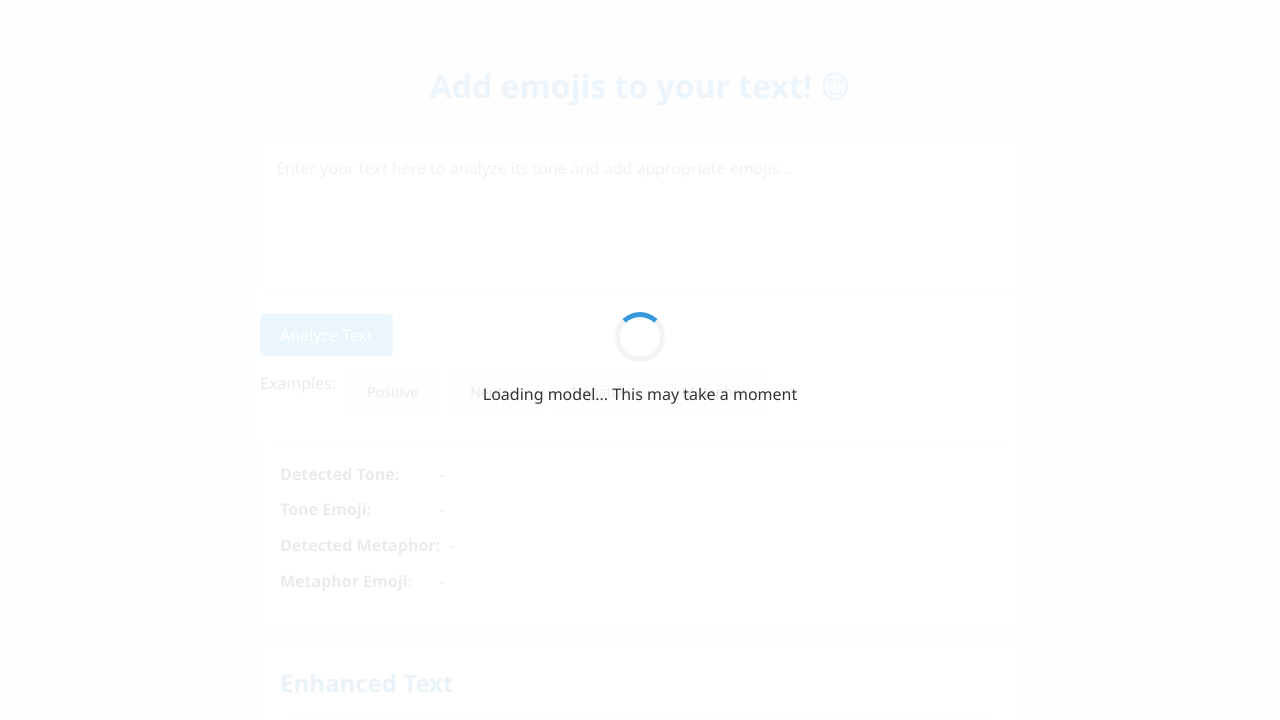
Repository: Teycir/emojiadder
Page: index.html
These files come from the project's save history. The page is drawn as it stood at one moment and after the next save; the edit follows.
The browser window is 1280 px wide. The pictures show the window.
A layer covers the whole window, so only the first screen is drawn.

Above is the page before, as saved 2025-03-23 12:29:37.

### index.html
<!DOCTYPE html>
<html lang="en">

<head>
    <meta charset="UTF-8">
    <meta name="viewport" content="width=device-width, initial-scale=1.0">
    <title>Text Tone Detector</title>
    <link rel="stylesheet" href="styles.css">
</head>

<body>
    <div class="container">

        <h1>Add emojis to your text! 😊</h1>


        <div class="input-section">
            <textarea id="text-input"
                placeholder="Enter your text here to analyze its tone and add appropriate emojis..."></textarea>
            <button id="analyze-btn">Analyze Text</button>
            <div class="examples">
                <p>Examples:</p>
                <button class="example-btn"
                    data-text="I'm so happy with the results! This is amazing.">Positive</button>
                <button class="example-btn" data-text="This is just okay, nothing special.">Neutral</button>
                <button class="example-btn" data-text="I'm really disappointed with this service.">Negative</button>
                <button class="example-btn"
                    data-text="The journey to success is like climbing a mountain.">Metaphor</button>
            </div>
        </div>

        <div class="result-section">
            <div class="result-card">
                <div class="result-item">
                    <div class="label">Detected Tone:</div>
                    <div id="tone-result" class="value">-</div>
                </div>
                <div class="result-item">
                    <div class="label">Tone Emoji:</div>
                    <div id="tone-emoji" class="value">-</div>
                </div>
                <div class="result-item">
                    <div class="label">Detected Metaphor:</div>
                    <div id="metaphor-result" class="value">-</div>
                </div>
                <div class="result-item">
                    <div class="label">Metaphor Emoji:</div>
                    <div id="metaphor-emoji" class="value">-</div>
                </div>
            </div>
            <div class="enhanced-text-card">
                <h2>Enhanced Text</h2>
                <div id="enhanced-text-result">-</div>
            </div>
        </div>

        <div class="loader-container" id="loader">
            <div class="loader"></div>
            <p>Loading model... This may take a moment</p>
        </div>
    </div>

    <!-- Note the type="module" to use ES modules (modules are deferred by default) -->
    <script type="module" src="./script.js"></script>
    <div style="top: 5px; left: 10px; font-size: xx-small; margin: 10px;">
        <a href="https://github.com/Teycir/emojiadder" >
            Code on GitHubRepo.
        </a><br>
        Made by <a href="https://www.teycirbensoltane.tn">Teycir Ben Soltane.</a><br>
        We respect privacy, your text stays in the browser.
    </div>

</body>

</html>

### styles.css
* {
    margin: 0;
    padding: 0;
    box-sizing: border-box;
    font-family: 'Segoe UI', Tahoma, Geneva, Verdana, sans-serif;
}

body {
    background-color: #f5f7fa;
    color: #333;
    line-height: 1.6;
}

.container {
    max-width: 800px;
    margin: 40px auto;
    padding: 20px;
}

h1 {
    text-align: center;
    margin-bottom: 30px;
    color: #3498db;
}

h2 {
    color: #2980b9;
    margin-bottom: 15px;
}

.input-section {
    margin-bottom: 30px;
}

textarea {
    width: 100%;
    height: 150px;
    padding: 15px;
    border: 1px solid #ddd;
    border-radius: 8px;
    resize: none;
    font-size: 16px;
    margin-bottom: 15px;
    transition: border 0.3s;
}

textarea:focus {
    outline: none;
    border-color: #3498db;
}

button {
    background-color: #3498db;
    color: white;
    border: none;
    padding: 10px 20px;
    border-radius: 5px;
    cursor: pointer;
    font-size: 16px;
    transition: background-color 0.3s;
}

button:hover {
    background-color: #2980b9;
}

button:disabled {
    background-color: #95a5a6;
    cursor: not-allowed;
}

.result-section {
    display: flex;
    flex-direction: column;
    gap: 20px;
    margin-bottom: 30px;
}

.result-card, .enhanced-text-card {
    background-color: white;
    border-radius: 8px;
    padding: 20px;
    box-shadow: 0 4px 6px rgba(0, 0, 0, 0.1);
}

.result-item {
    margin-bottom: 10px;
    display: flex;
    align-items: center;
}

.label {
    font-weight: bold;
    margin-right: 10px;
    min-width: 150px;
}

#enhanced-text-result {
    padding: 15px;
    background-color: #f9f9f9;
    border-radius: 5px;
    font-size: 18px;
    min-height: 60px;
    line-height: 1.5;
}

.examples-section {
    margin-top: 30px;
}

.examples {
    display: flex;
    flex-wrap: wrap;
    gap: 10px;
    margin-top: 15px;
}

.example-btn {
    background-color: #f0f0f0;
    color: #333;
    border: 1px solid #ddd;
    font-size: 14px;
}

.example-btn:hover {
    background-color: #e0e0e0;
}

/* Tone colors */
.positive {
    color: #27ae60;
}

.neutral {
    color: #f39c12;
}

.negative {
    color: #e74c3c;
}

/* Loader Styles */
.loader-container {
    position: fixed;
    top: 0;
    left: 0;
    width: 100%;
    height: 100%;
    background-color: rgba(255, 255, 255, 0.9);
    display: flex;
    flex-direction: column;
    justify-content: center;
    align-items: center;
    z-index: 1000;
}

.loader {
    border: 5px solid #f3f3f3;
    border-top: 5px solid #3498db;
    border-radius: 50%;
    width: 50px;
    height: 50px;
    animation: spin 1s linear infinite;
    margin-bottom: 20px;
}

@keyframes spin {
    0% { transform: rotate(0deg); }
    100% { transform: rotate(360deg); }
}

/* Responsive design */
@media (max-width: 600px) {
    .container {
        padding: 15px;
        margin: 20px auto;
    }

    .result-item {
        flex-direction: column;
        align-items: flex-start;
    }

    .label {
        margin-bottom: 5px;
    }

    .examples {
        flex-direction: column;
    }
}

### script.js
import TextToneDetector from './TextToneDetector.js';

// DOM event listeners
document.addEventListener('DOMContentLoaded', () => {
  console.log('DOM content loaded, initializing application');

  // DOM elements
  const textInput = document.getElementById('text-input');
  const analyzeBtn = document.getElementById('analyze-btn');
  const toneResult = document.getElementById('tone-result');
  const toneEmoji = document.getElementById('tone-emoji');
  const metaphorResult = document.getElementById('metaphor-result');
  const metaphorEmoji = document.getElementById('metaphor-emoji');
  const enhancedTextResult = document.getElementById('enhanced-text-result');
  const exampleBtns = document.querySelectorAll('.example-btn');
  const loader = document.getElementById('loader');

  // Disable analyze button until model loads
  analyzeBtn.disabled = true;

  // Make sure the loader is visible
  loader.style.display = 'flex';

  // Create detector instance
  console.log('Creating TextToneDetector instance');
  const toneDetector = new TextToneDetector();

  // Add event listener to limit textarea to 400 lines and alert if exceeded
  textInput.addEventListener('input', function() {
    const lines = this.value.split('\n');
    if (lines.length > 400) {
      alert("400 max lines allowed!");
      this.value = lines.slice(0, 400).join('\n');
    }
  });

  // Analyze text function
  async function analyzeText() {
    const text = textInput.value.trim();

    if (!text) {
      alert('Please enter some text to analyze.');
      return;
    }

    // Show loading indicator
    analyzeBtn.disabled = true;
    analyzeBtn.textContent = 'Analyzing...';

    try {
      const result = await toneDetector.analyze(text);

      // Display results
      toneResult.textContent = result.tone.charAt(0).toUpperCase() + result.tone.slice(1);
      toneResult.className = result.tone;

      toneEmoji.textContent = result.toneEmoji || 'None';

      metaphorResult.textContent = result.metaphor
        ? result.metaphor.charAt(0).toUpperCase() + result.metaphor.slice(1)
        : 'None detected';

      metaphorEmoji.textContent = result.metaphorEmoji || 'None';

      enhancedTextResult.textContent = result.enhancedText;
    } catch (error) {
      console.error('Error in analysis:', error);
      enhancedTextResult.textContent = 'An error occurred during analysis. Please try again.';
    } finally {
      // Reset button
      analyzeBtn.disabled = false;
      analyzeBtn.textContent = 'Analyze Text';
    }
  }

  // Event listeners
  analyzeBtn.addEventListener('click', analyzeText);

  textInput.addEventListener('keydown', function(e) {
    if (e.key === 'Enter' && e.ctrlKey) {
      analyzeText();
    }
  });

  // Example buttons
  exampleBtns.forEach(btn => {
    btn.addEventListener('click', function() {
      const exampleText = this.getAttribute('data-text');
      textInput.value = exampleText;
      analyzeText();
    });
  });

  // Initial instructions
  enhancedTextResult.textContent = 'Enter text and click "Analyze Text" to see the enhanced result with emojis.';
});

### TextToneDetector.js
import SentimentModel from './models/SentimentModel.js';
import MetaphorUtils from './utils/MetaphorUtils.js';
import EmojiUtils from './utils/EmojiUtils.js';

/**
 * Main class for text tone detection
 */
class TextToneDetector {
  constructor() {
    console.log('TextToneDetector constructor called');

    // Initialize components
    this.sentimentModel = new SentimentModel();
    this.metaphorUtils = new MetaphorUtils();
    this.emojiUtils = new EmojiUtils();

    // Model loading status
    this.isModelLoaded = false;

    // Initialize model
    this.initializeModel();
  }

  async initializeModel() {
    try {
      console.log('TextToneDetector: Initializing sentiment model');
      await this.sentimentModel.initialize();
      this.isModelLoaded = true;

      console.log('TextToneDetector: Model loaded successfully');

      // Hide loader when model is loaded
      const loader = document.getElementById('loader');
      if (loader) {
        loader.style.display = 'none';
        console.log('Loader hidden');
      } else {
        console.warn('Loader element not found');
      }

      // Enable analyze button
      const analyzeBtn = document.getElementById('analyze-btn');
      if (analyzeBtn) {
        analyzeBtn.disabled = false;
        console.log('Analyze button enabled');
      } else {
        console.warn('Analyze button not found');
      }
    } catch (error) {
      console.error('Error initializing model:', error);

      // Show error in the UI
      const loader = document.getElementById('loader');
      if (loader) {
        loader.innerHTML = `
          <div class="error">
            <p>Error loading model: ${error.message}</p>
            <p>Please refresh the page to try again.</p>
          </div>
        `;
      }
    }
  }

  // Analyze text and return tone with emojis
  async analyze(text) {
    if (!this.isModelLoaded) {
      return {
        originalText: text,
        tone: 'unknown',
        toneEmoji: '',
        metaphor: null,
        metaphorEmoji: '',
        enhancedText: text
      };
    }

    try {
      // Split text into paragraphs
      const paragraphs = text.split(/\n+/);
      let enhancedParagraphs = [];

      for (const paragraph of paragraphs) {
        if (!paragraph.trim()) {
          enhancedParagraphs.push('');
          continue;
        }

        // Split paragraph into sentences
        // This regex matches sentence endings: period, question mark, or exclamation mark followed by a space or end of string
        const sentences = paragraph.match(/[^.!?]+[.!?]+(\s|$)/g) || [paragraph];
        let enhancedParagraph = '';

        for (const sentence of sentences) {
          // Get sentiment from model for each sentence
          const sentimentOutput = await this.sentimentModel.analyze(sentence);

          // Determine tone based on model output
          let tone;
          if (sentimentOutput.label === 'POSITIVE') {
            tone = 'positive';
          } else if (sentimentOutput.label === 'NEGATIVE') {
            tone = 'negative';
          } else {
            tone = 'neutral';
          }

          // Find metaphors in sentence
          const words = sentence.toLowerCase().split(/\s+/);
          const metaphor = this.metaphorUtils.findMetaphor(words);

          // Get emojis for tone and metaphor
          const toneEmoji = this.emojiUtils.getToneEmoji(tone);
          const metaphorEmoji = this.emojiUtils.getMetaphorEmoji(metaphor);

          // Add emoji after the sentence's ending punctuation but before any trailing space
          const emojiString = `${toneEmoji} ${metaphorEmoji}`.trim();
          // This regex captures the end punctuation and any trailing space
          const enhancedSentence = sentence.replace(/([.!?]+)(\s|$)/, `$1 ${emojiString}$2`);
          enhancedParagraph += enhancedSentence;
        }

        enhancedParagraphs.push(enhancedParagraph);
      }

      const enhancedText = enhancedParagraphs.join('\n');

      // For the overall tone and metaphor, analyze the complete text
      const overallSentimentOutput = await this.sentimentModel.analyze(text);
      let overallTone;
      if (overallSentimentOutput.label === 'POSITIVE') {
        overallTone = 'positive';
      } else if (overallSentimentOutput.label === 'NEGATIVE') {
        overallTone = 'negative';
      } else {
        overallTone = 'neutral';
      }

      const words = text.toLowerCase().split(/\s+/);
      const overallMetaphor = this.metaphorUtils.findMetaphor(words);

      const toneEmoji = this.emojiUtils.getToneEmoji(overallTone);
      const metaphorEmoji = this.emojiUtils.getMetaphorEmoji(overallMetaphor);

      return {
        originalText: text,
        tone: overallTone,
        toneEmoji: toneEmoji,
        metaphor: overallMetaphor,
        metaphorEmoji: metaphorEmoji,
        enhancedText: enhancedText
      };
    } catch (error) {
      console.error('Error analyzing text:', error);
      return {
        originalText: text,
        tone: 'error',
        toneEmoji: '❓',
        metaphor: null,
        metaphorEmoji: '',
        enhancedText: text + ' ❓'
      };
    }
  }
}

export default TextToneDetector;

### models/SentimentModel.js
// Import the pipeline directly from the Transformers library
import { pipeline } from 'https://cdn.jsdelivr.net/npm/@xenova/transformers@2.14.0/dist/transformers.min.js';

/**
 * Handles sentiment analysis using Transformers.js
 * Implements caching to avoid reloading the model
 */
class SentimentModel {
  // Static properties for caching
  static instance = null;
  static pipelineInstance = null;
  static isInitializing = false;
  static initPromise = null;

  constructor() {
    this.isLoaded = SentimentModel.pipelineInstance !== null;
    this.pipeline = SentimentModel.pipelineInstance;

    console.log('SentimentModel constructor called, cached:', this.isLoaded);

    // Return existing instance if available
    if (SentimentModel.instance) {
      console.log('Returning cached SentimentModel instance');
      return SentimentModel.instance;
    }

    // Store this instance as the singleton
    SentimentModel.instance = this;
  }

  /**
   * Initialize the sentiment analysis model
   * @returns {Promise} Resolves when model is loaded
   */
  async initialize() {
    // If model is already loaded, return immediately
    if (this.isLoaded) {
      console.log('Model already loaded, using cached instance');
      return Promise.resolve(true);
    }

    // If initialization is in progress, return the existing promise
    if (SentimentModel.isInitializing) {
      console.log('Model initialization already in progress, waiting...');
      return SentimentModel.initPromise;
    }

    // Create a new initialization promise
    SentimentModel.isInitializing = true;
    SentimentModel.initPromise = new Promise(async (resolve, reject) => {
      try {
        console.log('Starting to initialize sentiment model');

        try {
          console.log('Initializing sentiment model');

          // Initialize the sentiment analysis pipeline
          console.log('Loading sentiment analysis model...');
          SentimentModel.pipelineInstance = await pipeline('sentiment-analysis', 'Xenova/distilbert-base-uncased-finetuned-sst-2-english');
          console.log('Sentiment analysis model loaded successfully');

          // Update instance properties
          this.pipeline = SentimentModel.pipelineInstance;
          this.isLoaded = true;

          resolve(true);
        } catch (innerError) {
          console.error('Error in Transformers initialization:', innerError);
          SentimentModel.isInitializing = false;
          reject(innerError);
        }
      } catch (error) {
        console.error('Error initializing model:', error);
        SentimentModel.isInitializing = false;
        reject(error);
      }
    });

    return SentimentModel.initPromise;
  }

  /**
   * Analyze text sentiment
   * @param {string} text - Text to analyze
   * @returns {Object} Sentiment result
   */
  async analyze(text) {
    if (!this.isLoaded) {
      throw new Error('Model not loaded yet');
    }

    try {
      const result = await this.pipeline(text);
      return result[0];
    } catch (error) {
      console.error('Error in sentiment analysis:', error);
      throw error;
    }
  }
}

export default SentimentModel;

### utils/EmojiUtils.js
/**
 * Provides emoji-related functionality
 */
class EmojiUtils {
    constructor() {
      // Metaphor emoji mappings
      this.metaphorEmojis = {
        speed: ['🚀', '⚡', '💨', '🏃‍♂️'],
        strength: ['💪', '🦾', '🦁', '🐂'],
        growth: ['🌱', '🌳', '📈', '⬆️'],
        time: ['⏰', '⌛', '🕒', '📅'],
        money: ['💰', '💵', '💸', '💲'],
        success: ['🏆', '🥇', '🎖️', '🔝'],
        failure: ['👎', '📉', '❌', '💥'],
        idea: ['💡', '✨', '🧠', '🤔'],
        communication: ['💬', '📣', '📱', '✉️'],
        love: ['❤️', '💕', '💘', '🌹'],
        journey: ['🛣️', '🧭', '🧳', '🚶‍♂️'],
        competition: ['🏁', '🥊', '⚔️', '🎯'],
        health: ['🏥', '💊', '🩺', '🫀'],
        technology: ['📱', '💻', '🤖', '⚙️'],
        education: ['📚', '🎓', '✏️', '🧮'],
        nature: ['🌿', '🌳', '🌊', '🏔️'],
        celebration: ['🎉', '🎊', '🥂', '🎈']
      };

      // Tone emoji mappings
      this.toneEmojis = {
        positive: ['😊', '😄', '🥰', '✨', '👍', '🙌'],
        neutral: ['😐', '🤔', '🧐', '📝', '🔍', '💭'],
        negative: ['😔', '😢', '😞', '😠', '👎', '💔']
      };
    }

    /**
     * Get random emoji from a list
     * @param {Array} emojiList - List of emojis to choose from
     * @returns {string} - Random emoji
     */
    getRandomEmoji(emojiList) {
      if (!emojiList || emojiList.length === 0) {
        return '';
      }
      const randomIndex = Math.floor(Math.random() * emojiList.length);
      return emojiList[randomIndex];
    }

    /**
     * Get emoji for a tone
     * @param {string} tone - Tone to get emoji for
     * @returns {string} - Emoji
     */
    getToneEmoji(tone) {
      return this.getRandomEmoji(this.toneEmojis[tone] || []);
    }

    /**
     * Get emoji for a metaphor
     * @param {string} metaphor - Metaphor to get emoji for
     * @returns {string} - Emoji
     */
    getMetaphorEmoji(metaphor) {
      return metaphor ? this.getRandomEmoji(this.metaphorEmojis[metaphor] || []) : '';
    }
  }

  export default EmojiUtils;

Loaded but not shown: utils/MetaphorUtils.js (330 lines, source omitted)

After the next save:
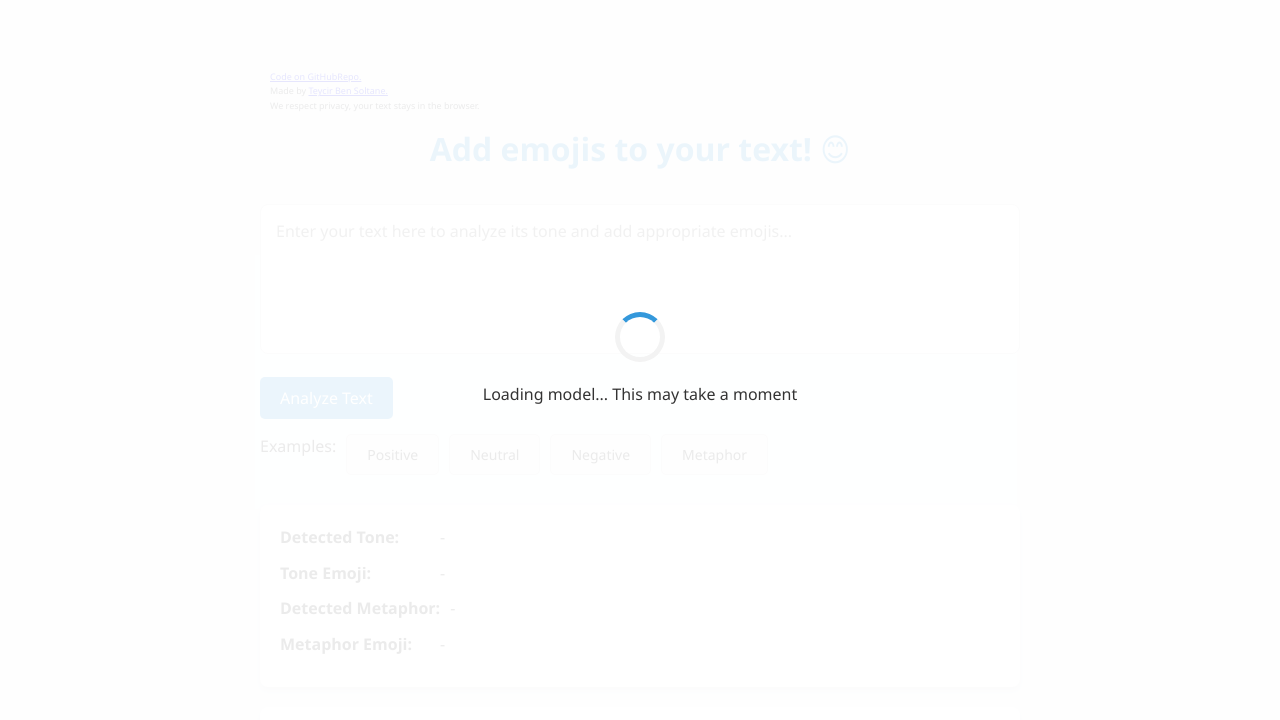
Saved 41 s later.
--- a/index.html
+++ b/index.html
@@ -10,6 +10,13 @@
 
 <body>
     <div class="container">
+        <div style="top: 5px; left: 10px; font-size: xx-small; margin: 10px;">
+            <a href="https://github.com/Teycir/emojiadder" >
+                Code on GitHubRepo.
+            </a><br>
+            Made by <a href="https://www.teycirbensoltane.tn">Teycir Ben Soltane.</a><br>
+            We respect privacy, your text stays in the browser.
+        </div>
 
         <h1>Add emojis to your text! 😊</h1>
 
@@ -62,13 +69,6 @@
 
     <!-- Note the type="module" to use ES modules (modules are deferred by default) -->
     <script type="module" src="./script.js"></script>
-    <div style="top: 5px; left: 10px; font-size: xx-small; margin: 10px;">
-        <a href="https://github.com/Teycir/emojiadder" >
-            Code on GitHubRepo.
-        </a><br>
-        Made by <a href="https://www.teycirbensoltane.tn">Teycir Ben Soltane.</a><br>
-        We respect privacy, your text stays in the browser.
-    </div>
 
 </body>
 

After the save that followed:
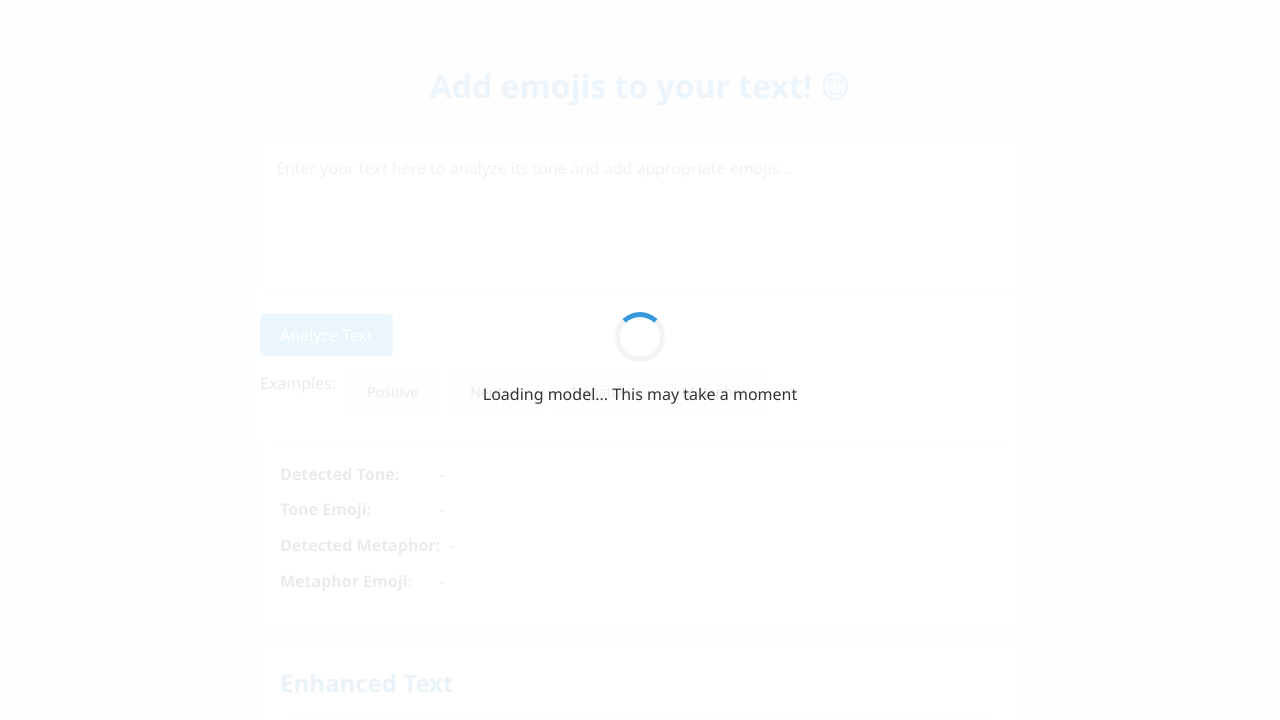
Saved 23 s later.
--- a/index.html
+++ b/index.html
@@ -10,13 +10,6 @@
 
 <body>
     <div class="container">
-        <div style="top: 5px; left: 10px; font-size: xx-small; margin: 10px;">
-            <a href="https://github.com/Teycir/emojiadder" >
-                Code on GitHubRepo.
-            </a><br>
-            Made by <a href="https://www.teycirbensoltane.tn">Teycir Ben Soltane.</a><br>
-            We respect privacy, your text stays in the browser.
-        </div>
 
         <h1>Add emojis to your text! 😊</h1>
 
@@ -69,6 +62,13 @@
 
     <!-- Note the type="module" to use ES modules (modules are deferred by default) -->
     <script type="module" src="./script.js"></script>
+    <div style="top: 5px; left: 10px; font-size: xx-small; margin: 10px;">
+        <a href="https://github.com/Teycir/emojiadder" >
+            Code on GitHubRepo.
+        </a><br>
+        Made by <a href="https://www.teycirbensoltane.tn">Teycir Ben Soltane.</a><br>
+        We respect privacy, your text stays in the browser.
+    </div>
 
 </body>
 
